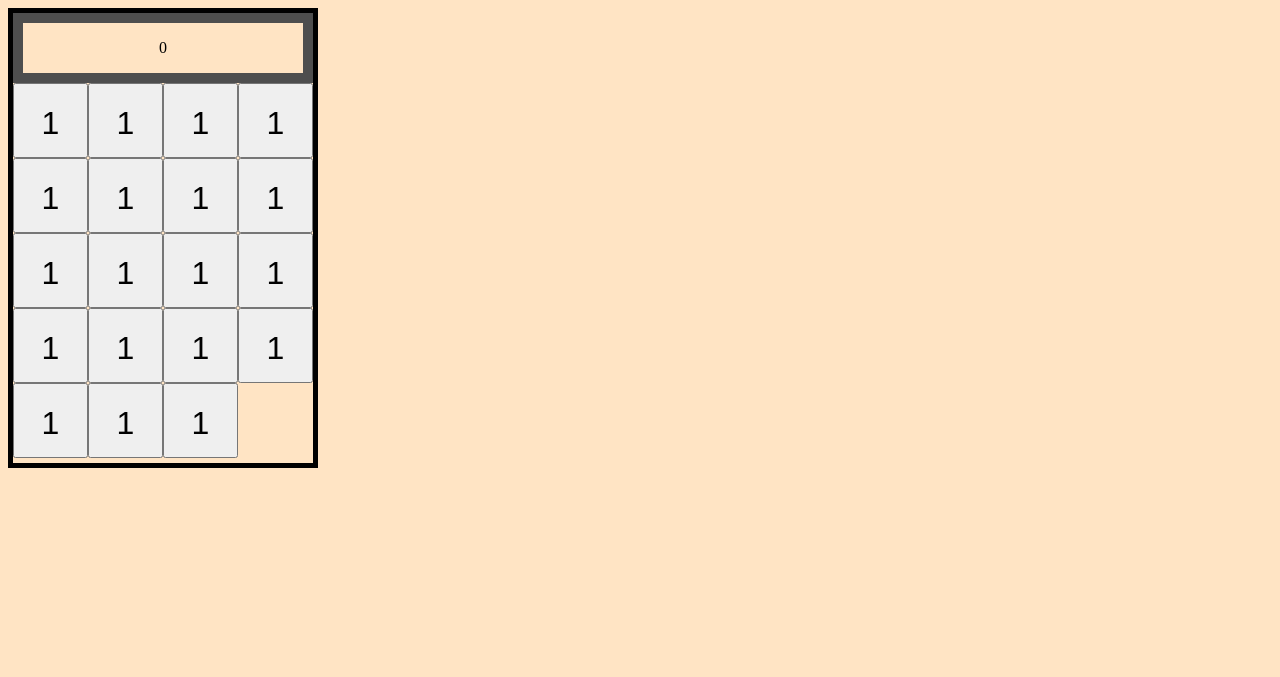
Repository: noahcallen/LAB-calculator
Page: index.html
These files come from the project's save history. The page is drawn as it stood at one moment and after the next save; the edit follows.
The browser window is 1280 px wide. The pictures show the whole page.

Above is the page before, as saved 2024-07-10 18:59:21.

### index.html
<!DOCTYPE html>
<html lang="en">
<head>
  <meta charset="UTF-8">
  <meta name="viewport" content="width=device-width, initial-scale=1.0">
  <title>Document</title>
  <link rel="stylesheet" href="main.css">
  <meta name="viewport" content="width=device-width, initial-scale=1">
</head>
<body>
  <div class="container">
    <div class="display">
      <p>0</p>
    </div>
    <div class="row">
      <div class="col">
        <button type="button" class="btn btn-primary">1</button>
      </div>
      <div class="col">
        <button type="button" class="btn btn-primary">1</button>
      </div>
      <div class="col">
        <button type="button" class="btn btn-primary">1</button>
      </div>
      <div class="col">
        <button type="button" class="btn btn-primary">1</button>
      </div>
      <div class="col">
        <button type="button" class="btn btn-primary">1</button>
      </div>
      <div class="col">
        <button type="button" class="btn btn-primary">1</button>
      </div>
      <div class="col">
        <button type="button" class="btn btn-primary">1</button>
      </div>
      <div class="col">
        <button type="button" class="btn btn-primary">1</button>
      </div>
      <div class="col">
        <button type="button" class="btn btn-primary">1</button>
      </div>
      <div class="col">
        <button type="button" class="btn btn-primary">1</button>
      </div>
      <div class="col">
        <button type="button" class="btn btn-primary">1</button>
      </div>
      <div class="col">
        <button type="button" class="btn btn-primary">1</button>
      </div>
      <div class="col">
        <button type="button" class="btn btn-primary">1</button>
      </div>
      <div class="col">
        <button type="button" class="btn btn-primary">1</button>
      </div>
      <div class="col">
        <button type="button" class="btn btn-primary">1</button>
      </div>
      <div class="col">
        <button type="button" class="btn btn-primary">1</button>
      </div>
      <div class="col">
        <button type="button" class="btn btn-primary">1</button>
      </div>
      <div class="col">
        <button type="button" class="btn btn-primary">1</button>
      </div>
      <div class="col">
        <button type="button" class="btn btn-primary">1</button>
      </div>
  </div>

  </div>



  <script src="main.js"></script>
  <!-- import js bootstrap -->
  <script src="https://cdn.jsdelivr.net/npm/bootstrap@5.3.3/dist/js/bootstrap.bundle.min.js" integrity="sha384-YvpcrYf0tY3lHB60NNkmXc5s9fDVZLESaAA55NDzOxhy9GkcIdslK1eN7N6jIeHz" crossorigin="anonymous"></script>
</body>
</html>

### main.css
body {
  background-color: bisque;
}

.display {
  border: solid 10px rgb(78, 78, 78);
}

.container {
  text-align: center;
  /* display: flex; */
  /* justify-content: space-around; */
  border: solid 5px black;
  height: 450px;
  width: 300px;
}

.btn-primary {
  display: flex;
  flex-wrap: wrap;
  justify-content: center;
  font-family: Arial, Helvetica, sans-serif;
  font-size: xx-large;
  height: 75px;
  width: 75px;
  padding: 20px;
}

.row {
  display: flex;
  flex-wrap: wrap;
}

Loaded but not shown: main.js (no stored copy; drawn as an empty file)

After the next save:
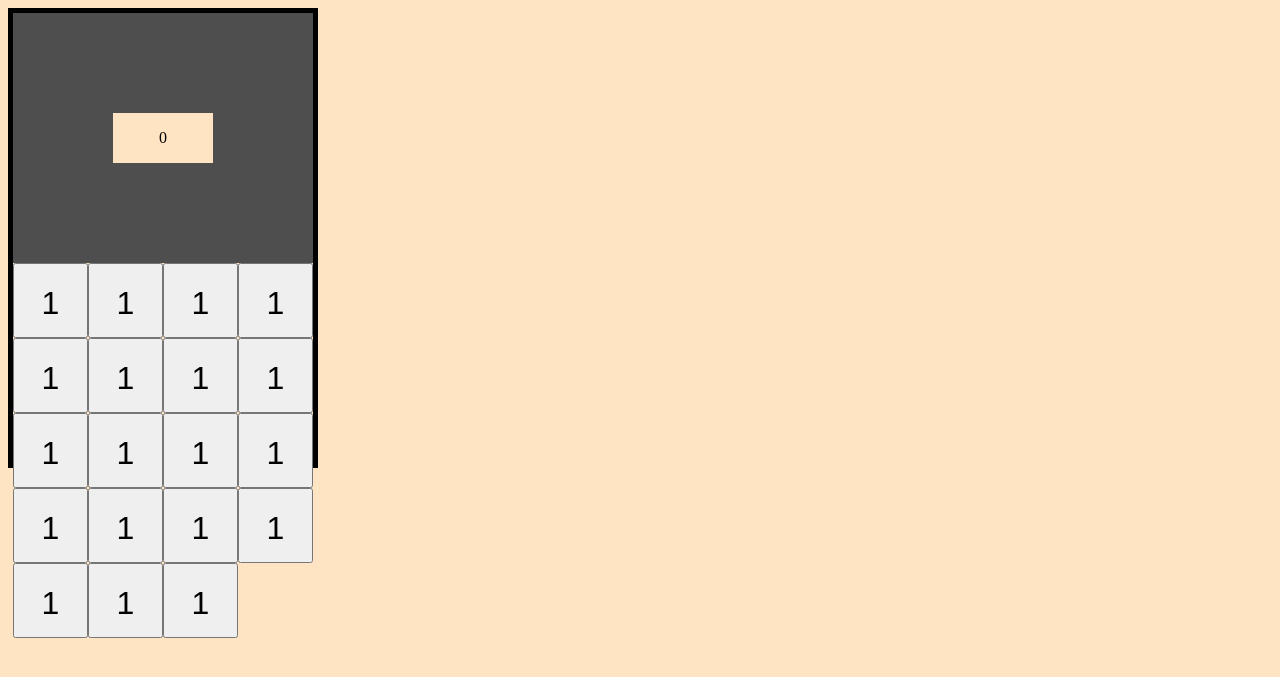
Saved 10 s later.
--- a/main.css
+++ b/main.css
@@ -3,7 +3,7 @@
 }
 
 .display {
-  border: solid 10px rgb(78, 78, 78);
+  border: solid 100px rgb(78, 78, 78);
 }
 
 .container {

After the save that followed:
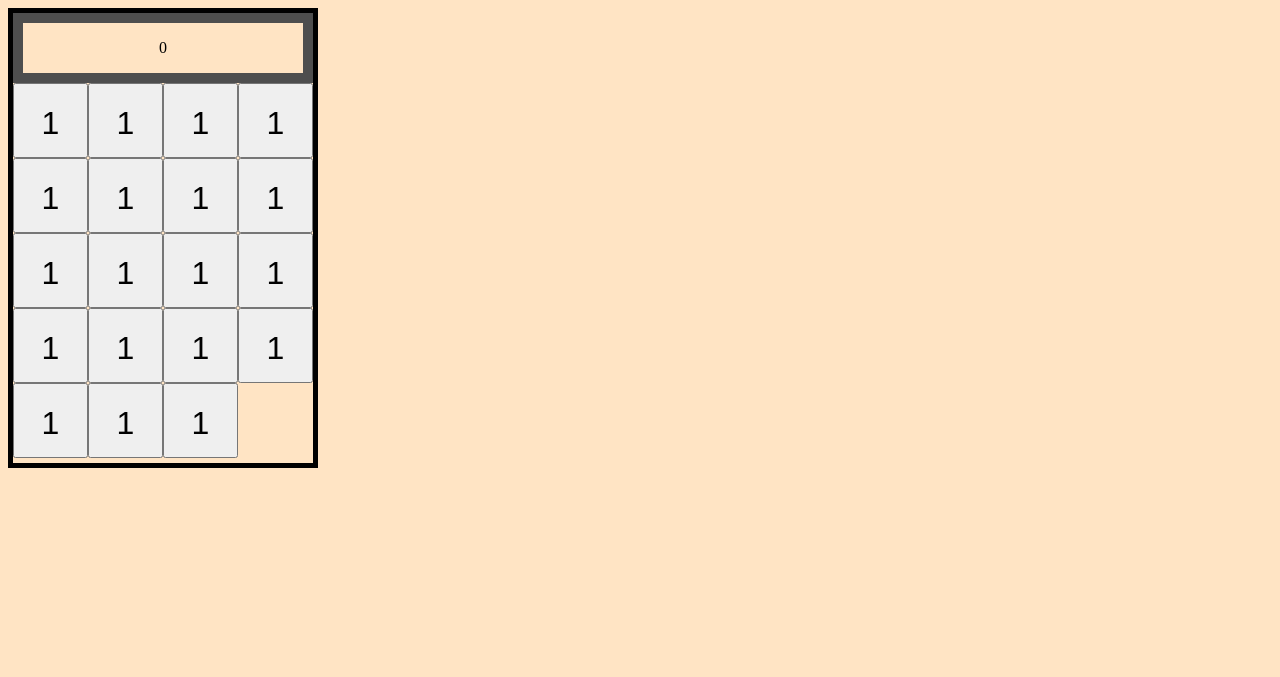
Saved 8 s later.
--- a/main.css
+++ b/main.css
@@ -3,7 +3,7 @@
 }
 
 .display {
-  border: solid 100px rgb(78, 78, 78);
+  border: solid 10px rgb(78, 78, 78);
 }
 
 .container {
